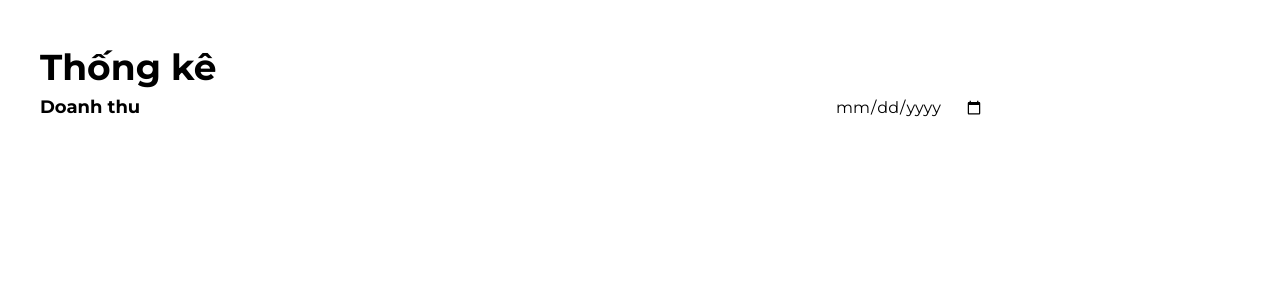
Repository: iphoneboy46/AltaMediaCMS
Page: /
These files come from the project's save history. The page is drawn as it stood at one moment and after the next save; the edit follows.
The browser window is 1280 px wide. The pictures show the whole page.
Some web libraries are served in a nearby version. The project was rebuilt for these pictures with package versions that can differ from the ones it lists, and the page was loaded fresh each time.

Above is the page before, as saved 2023-03-26 21:27:52.

### public/index.html
<!DOCTYPE html>
<html lang="en">
  <head>
    <meta charset="utf-8" />
    <link rel="icon" href="%PUBLIC_URL%/favicon.ico" />
    <meta name="viewport" content="width=device-width, initial-scale=1" />
    <meta name="theme-color" content="#000000" />
    <meta
      name="description"
      content="Web site created using create-react-app"
    />
    <link rel="apple-touch-icon" href="%PUBLIC_URL%/logo192.png" />
    <!--
      manifest.json provides metadata used when your web app is installed on a
      user's mobile device or desktop. See https://developers.google.com/web/fundamentals/web-app-manifest/
    -->
    <link rel="manifest" href="%PUBLIC_URL%/manifest.json" />
    <!--
      Notice the use of %PUBLIC_URL% in the tags above.
      It will be replaced with the URL of the `public` folder during the build.
      Only files inside the `public` folder can be referenced from the HTML.

      Unlike "/favicon.ico" or "favicon.ico", "%PUBLIC_URL%/favicon.ico" will
      work correctly both with client-side routing and a non-root public URL.
      Learn how to configure a non-root public URL by running `npm run build`.
    -->
    <link rel="stylesheet" href="https://cdnjs.cloudflare.com/ajax/libs/font-awesome/6.3.0/css/all.min.css" integrity="sha512-SzlrxWUlpfuzQ+pcUCosxcglQRNAq/DZjVsC0lE40xsADsfeQoEypE+enwcOiGjk/bSuGGKHEyjSoQ1zVisanQ==" crossorigin="anonymous" referrerpolicy="no-referrer" />
    <title>React App</title>
  </head>
  <body>
    <noscript>You need to enable JavaScript to run this app.</noscript>
    <div id="root"></div>
    <!--
      This HTML file is a template.
      If you open it directly in the browser, you will see an empty page.

      You can add webfonts, meta tags, or analytics to this file.
      The build step will place the bundled scripts into the <body> tag.

      To begin the development, run `npm start` or `yarn start`.
      To create a production bundle, use `npm run build` or `yarn build`.
    -->
  </body>
</html>

### src/App.tsx

import './App.css';
import Home from './components/Home/Home';
import MenuBar from './components/Menu/MenuBar';

function App() {
  return (
    <div className="App">
      {/* <MenuBar /> */}
      <Home />
    </div>
  );
}

export default App;

### src/App.css
@import url('https://fonts.googleapis.com/css2?family=Montserrat:wght@300;400;500;700&display=swap');

*{
  margin: 0;
  padding: 0;
  box-sizing: border-box;
  font-family: 'Montserrat', sans-serif;
}

### src/components/Home/Home.tsx
import React from 'react'

function Home() {
  return (
    <div className="w-[80%] bg-[white] p-10">
        <div className="">
            <h1 className="text-[black] text-[36px] font-[700]">Thống kê</h1>
        </div>
        <div className="flex items-center justify-between">
           <div> <h2 className="text-[black] text-[18px] font-[600]">Doanh thu</h2></div>
           <div>
             <input type="date" value="" />
           </div>
        </div>
    </div>
  )
}

export default Home

### tailwind.config.js

module.exports = {
  content: [
    "./src/**/*.{js,jsx,ts,tsx}",
    ],
  theme: {
    extend: {},
    colors:{
        'yellowMain':"#FFB800",
         'background' :"#E5E5E5"

    }
  },
  plugins: [],
}

Loaded but not shown: src/index.tsx (common file); src/index.css (common file); src/reportWebVitals.ts (common file)

After the next save:
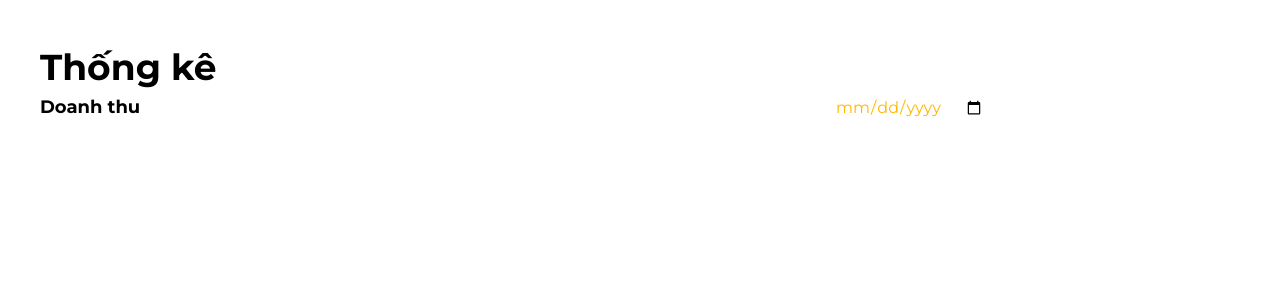
Saved 36 s later.
--- a/src/components/Home/Home.tsx
+++ b/src/components/Home/Home.tsx
@@ -9,7 +9,7 @@
         <div className="flex items-center justify-between">
            <div> <h2 className="text-[black] text-[18px] font-[600]">Doanh thu</h2></div>
            <div>
-             <input type="date" value="" />
+             <input className="text-yellowMain" type="date" value="" />
            </div>
         </div>
     </div>

After the save that followed:
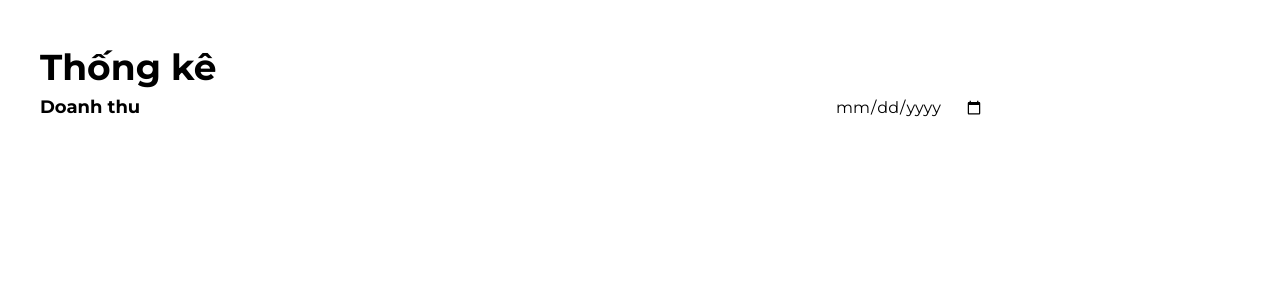
Saved 10 s later.
--- a/src/components/Home/Home.tsx
+++ b/src/components/Home/Home.tsx
@@ -9,7 +9,7 @@
         <div className="flex items-center justify-between">
            <div> <h2 className="text-[black] text-[18px] font-[600]">Doanh thu</h2></div>
            <div>
-             <input className="text-yellowMain" type="date" value="" />
+             <input className="" type="date" value="" />
            </div>
         </div>
     </div>
